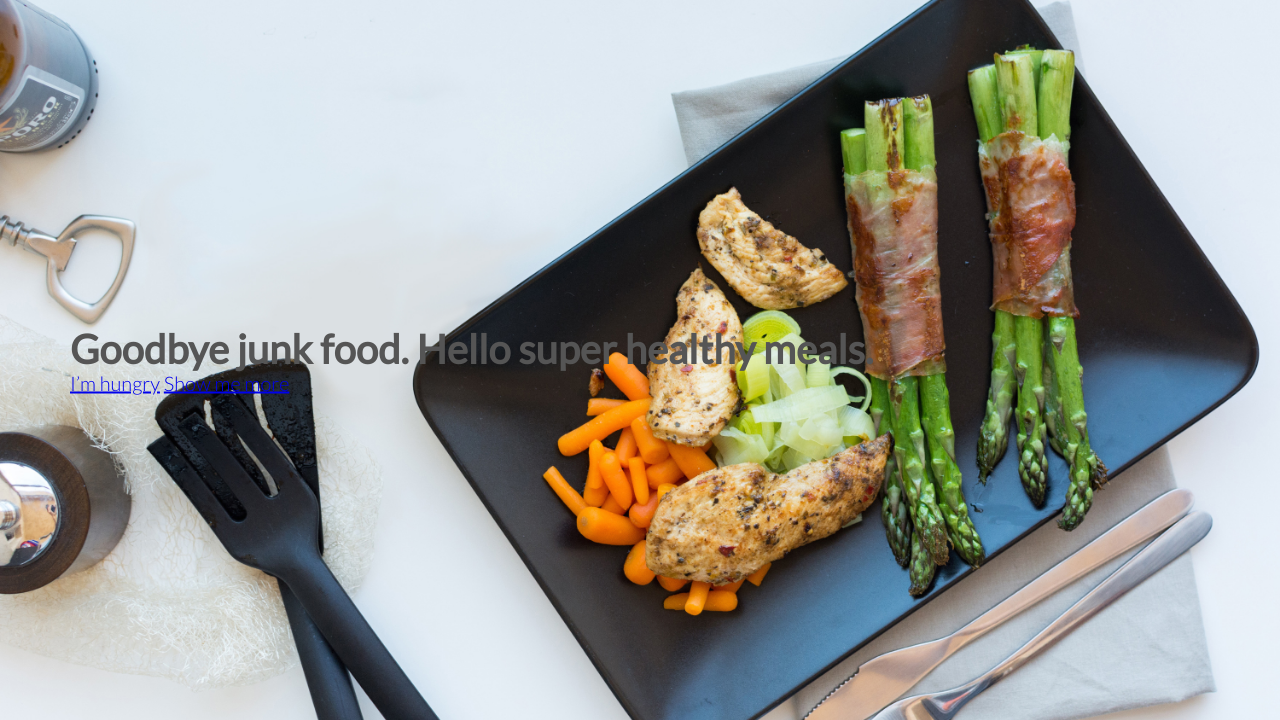
Repository: MalgorzataMazur/Omnifood
Page: index.html
The author's editor kept a copy of each file at every save. The page is drawn from the files as they stood at one save, then again after the next save.
The browser window is 1280 px wide. The pictures show the whole page.

Above is the page before, as saved 2019-10-23 20:25:45.

### index.html
<!DOCTYPE html>
<html lang="en">
    <head>
        <link rel="stylesheet" href="vendors/css/normalize.css">
        <link rel="stylesheet" href="vendors/css/grid.css">
        <link rel="stylesheet" href="resources/css/style.css">
        <link href="https://fonts.googleapis.com/css?family=Lato:100,300,300i,400&display=swap" rel="stylesheet">
        <meta charset="UTF-8">
        <meta name="viewport" content="width=device-width, initial-scale=1.0">
        <meta http-equiv="X-UA-Compatible" content="ie=edge">
        <title>Omnifood</title>
    </head>
    <body>
        <header> <!-- like container to put some conetent nav, footer, main element for the main cinetent etc-->
            <div class="hero-text-box">
                <h1>Goodbye junk food. Hello super healthy meals.</h1>
                <a href="#">I’m hungry</a>
                <a href="#">Show me more</a>



            </div>
        </header>


    </body>
</html>

### resources/css/style.css
* {
    margin: 0%;
    padding: 0%;
    box-sizing: border-box;
}

html {
    background-color: #fff;
    color: #555;
    font-family: 'Lato';'Arial', sans-serif;
    font-weight: 300;
    font-size: 20px;
    text-rendering: optimizeLegibility;
}

.row {
    max-width: 1140px;
    margin: 0 auto;
}

header {
    background-image: url(img/hero.jpg);
    background-size: cover;
    background-position: center;
    height: 100vh;
}

.hero-text-box {
    position: absolute;
    width: 1140px;
    top: 50%;
    left: 50%;
    transform: translate(-50%,-50%);
}

h1 {
    margin: 0;
}

Loaded but not shown: vendors/css/normalize.css (library); vendors/css/grid.css (library)

After the next save:
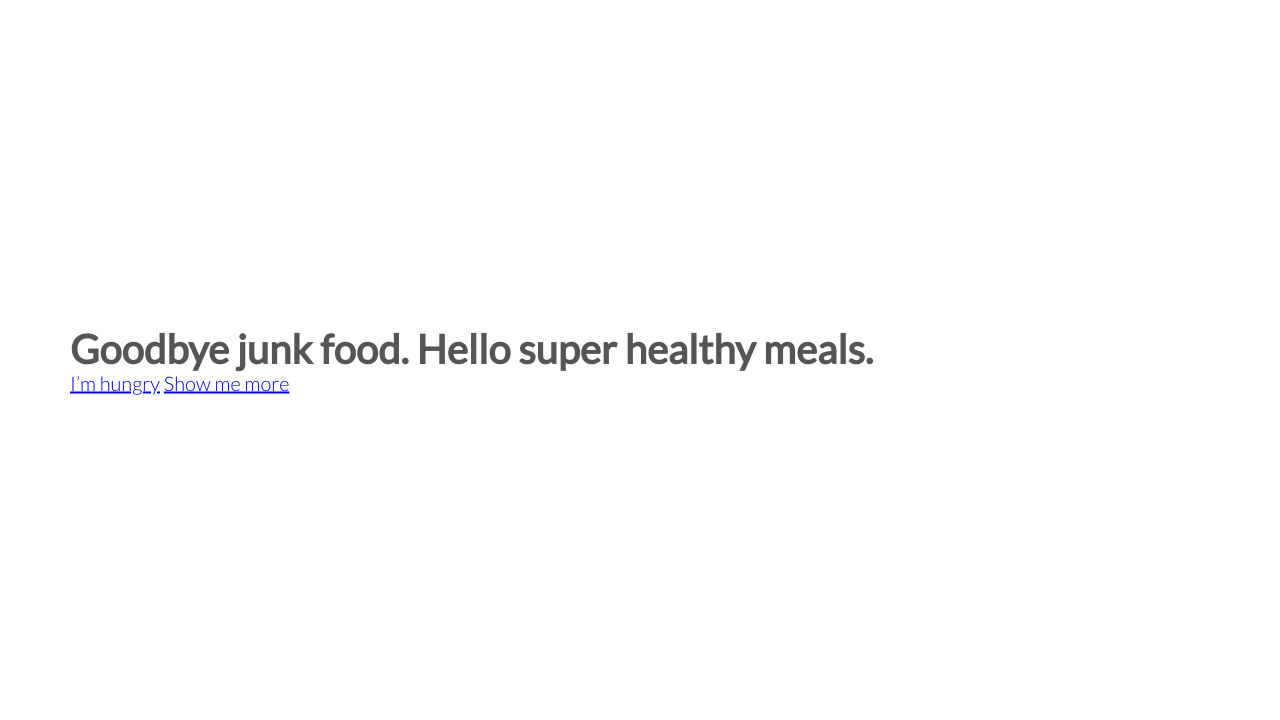
Saved 2 min 23 s later.
--- a/resources/css/style.css
+++ b/resources/css/style.css
@@ -19,7 +19,7 @@ html {
 }
 
 header {
-    background-image: url(img/hero.jpg);
+    background-image: linear-gradient() url(img/hero.jpg);
     background-size: cover;
     background-position: center;
     height: 100vh;
